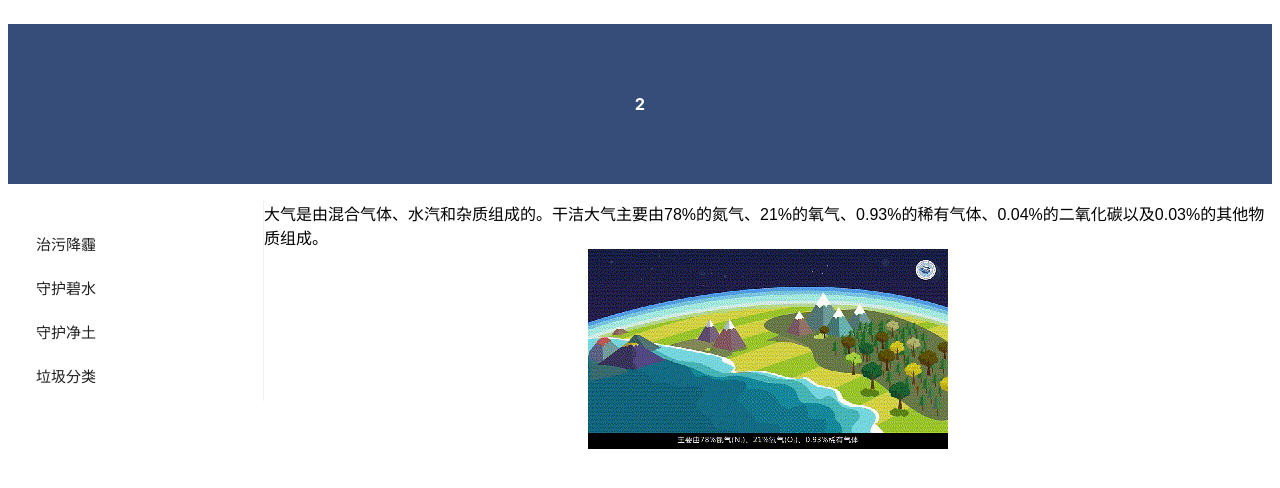
Repository: samllbin/summerWeb
Page: /
The author's editor kept a copy of each file at every save. The page is drawn from the files as they stood at one save, then again after the next save.
The browser window is 1280 px wide. The pictures show the whole page.
The project was rebuilt for these pictures with package versions that can differ from the ones it lists, and the page was loaded fresh each time. Also part of the build but not shown: vite.config.js, components/menu/config.js, components/article/index.module.css, components/article/index.jsx.

Above is the page before, as saved 2024-07-22 16:26:30.

After the next save:
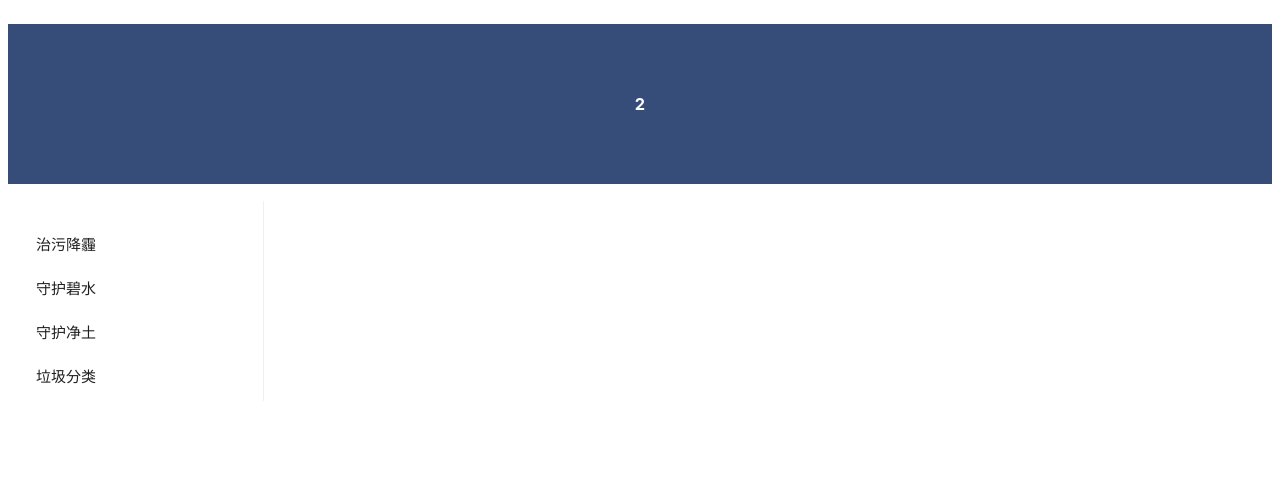
Saved 20 s later.
--- a/components/content/index.jsx
+++ b/components/content/index.jsx
@@ -1,13 +1,7 @@
 import React from "react";
 import style from "./index.module.css";
+import config from "./config";
 
 export default function Content() {
-  return (
-    <div className={style.layout}>
-      <span>
-        大气是由混合气体、水汽和杂质组成的。干洁大气主要由78%的氮气、21%的氧气、0.93%的稀有气体、0.04%的二氧化碳以及0.03%的其他物质组成。
-      </span>
-      <img src="../../public/大气组成.png" alt="" />
-    </div>
-  );
+  return <div className={style.layout}></div>;
 }
